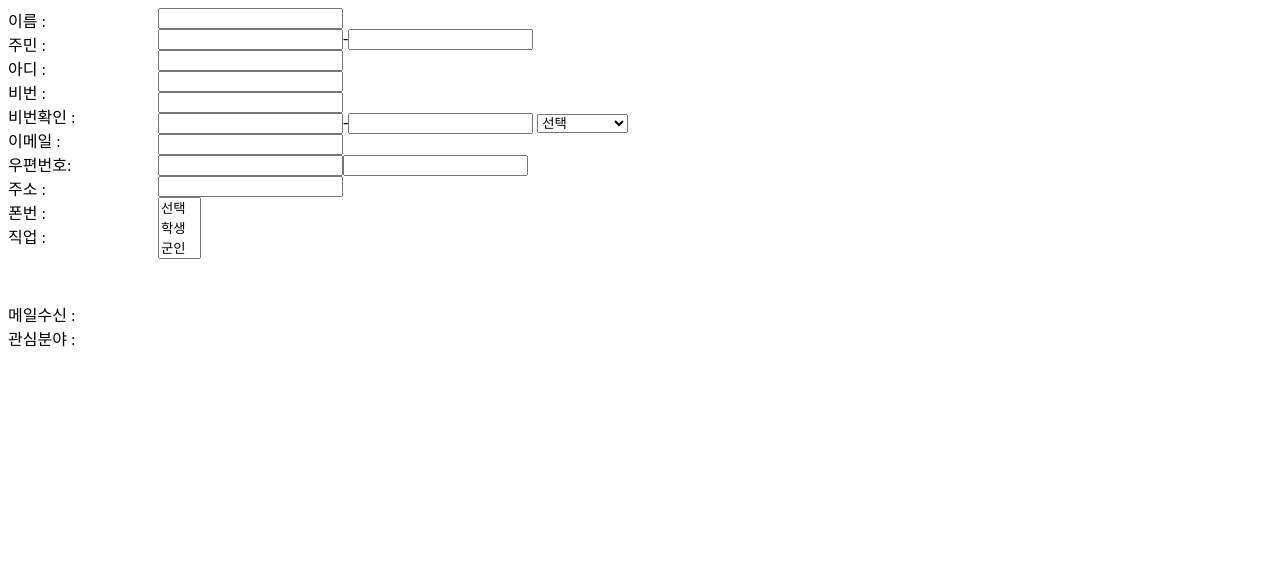
Repository: supremehappy/JSP_test02
Page: http://localhost/JSP_Test/JSP_Test_02.jsp
The author's editor kept a copy of each file at every save. The page is drawn from the files as they stood at one save, then again after the next save.
The browser window is 1280 px wide. The pictures show the whole page.
The page is served by Tomcat 9.

Above is the page before, as saved 2017-07-14 06:37:46.

After the next save:
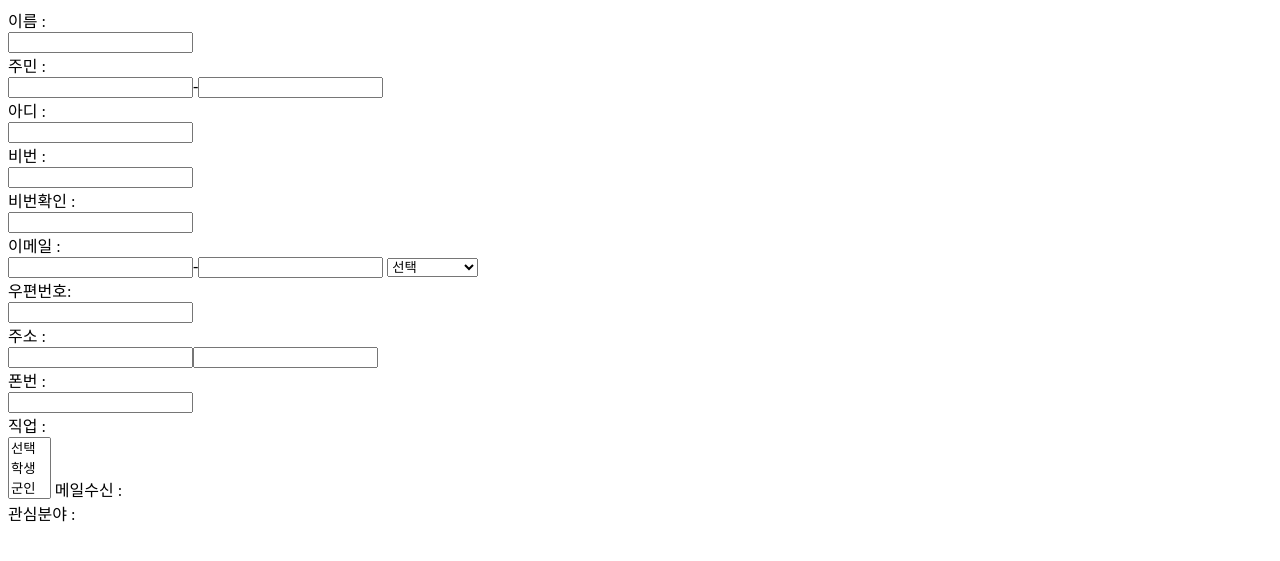
Saved 3 min 2 s later.
--- a/JSP_Test/WebContent/JSP_Test_02.jsp
+++ b/JSP_Test/WebContent/JSP_Test_02.jsp
@@ -6,33 +6,22 @@
 <meta http-equiv="Content-Type" content="text/html; charset=UTF-8">
 <title>Insert title here</title>
 <style type="text/css">
-	.t1{
-		width:150px;
-		float:left;
-	}
+
 </style>
 </head>
 <body>
-	<div class="t1">
+
 		<label>이름 : </label><br>
+		<input type="text" name="name"><br>
 		<label>주민 : </label><br>
+		<input type="text" name="jumin">-<input type="password" name="jumin2"><br>
 		<label>아디 : </label><br>
+		<input type="text" name="id"><br>
 		<label>비번 : </label><br>
+		<input type="password" name="pw"><br>
 		<label>비번확인 : </label><br>
+		<input type="password" name="pw2"><br>
 		<label>이메일 : </label><br>
-		<label>우편번호: </label><br>
-		<label>주소 : </label><br>
-		<label>폰번 : </label><br>
-		<label>직업 : </label><br><br><br><br>
-		<label>메일수신 : </label><br>
-		<label>관심분야 : </label><br>
-	</div>
-	<div>
-		<input type="text" name="name"><br>
-		<input type="text" name="jumin">-<input type="password" name="jumin2"><br>
-		<input type="text" name="id"><br>
-		<input type="password" name="pw"><br>
-		<input type="password" name="pw2"><br>
 		<input type="text" name="mail">-<input type="text" name="mail2">
 		<select name="mail3" size="1">
 			<option value="">선택</option>
@@ -41,9 +30,13 @@
 			<option value="구글">google.com</option>
 		</select>
 		<br>
+		<label>우편번호: </label><br>
 		<input type="text" name="post"><br>
+		<label>주소 : </label><br>
 		<input type="text" name="addr"><input type="text" name="addr2"><br>
+		<label>폰번 : </label><br>
 		<input type="text" name="phone"><br>
+		<label>직업 : </label><br>
 		<select name="job" size="3">
 			<option value="">선택</option>
 			<option value="학생">학생</option>
@@ -56,6 +49,7 @@
 			<option value="개발자">개발자</option>
 			<option value="자영업">자영업</option>
 		</select>
-	</div>
+		<label>메일수신 : </label><br>
+		<label>관심분야 : </label><br>
 </body>
 </html>
